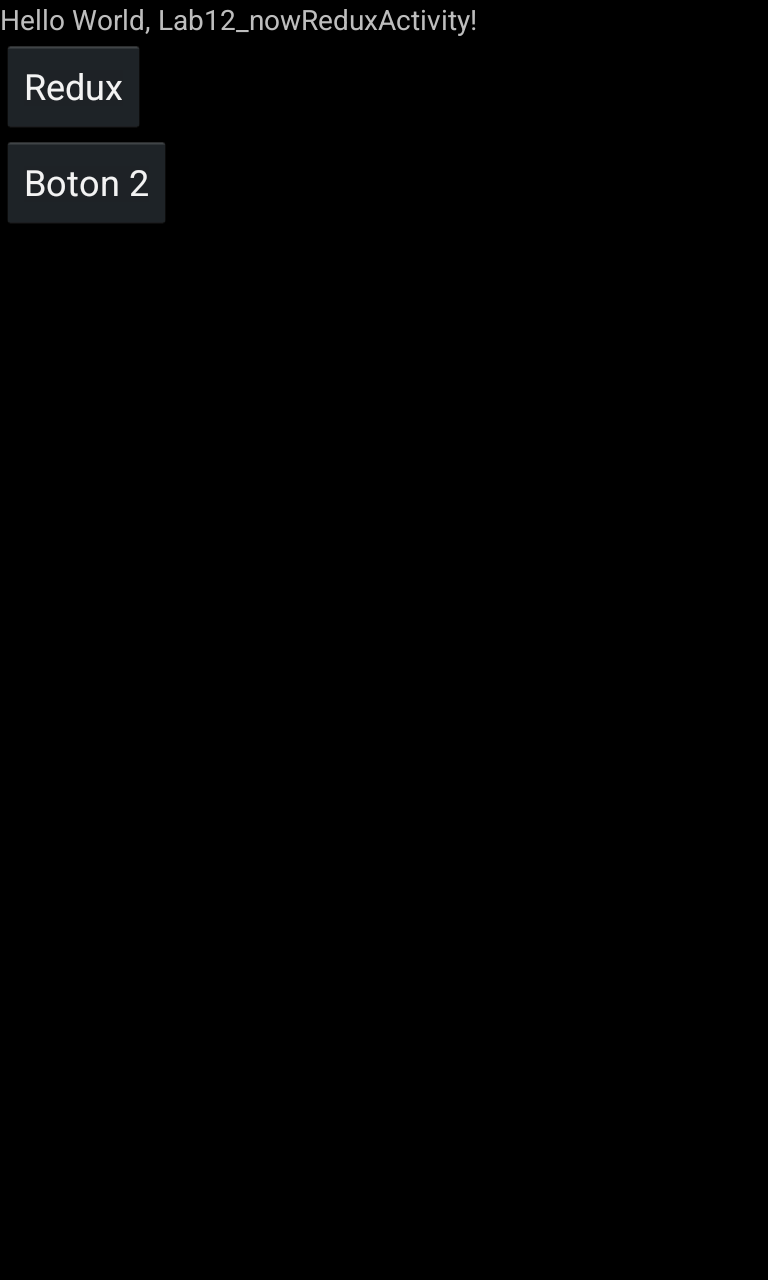
Repository: dorisserruto/un_exercises
Layout: javaandroid/Recursos/workspace-profe/lab12_nowRedux/res/layout/main.xml
These files come from the project's save history. The layout is drawn as it stood at one moment and after the next save; the edit follows.
It is drawn on a 768 x 1280 px phone screen (xhdpi) without system bars, with theme android:Theme.Holo; the app's code is not run.

Above is the layout before, as saved 2012-06-24 15:07:40.

### javaandroid/Recursos/workspace-profe/lab12_nowRedux/res/layout/main.xml
<?xml version="1.0" encoding="utf-8"?>
<LinearLayout xmlns:android="http://schemas.android.com/apk/res/android"
    android:layout_width="fill_parent"
    android:layout_height="fill_parent"
    android:orientation="vertical">"

    <TextView
        android:layout_width="wrap_content"
        android:layout_height="wrap_content"
        android:text="@string/hello" />

    <Button
        android:id="@+id/button1"
        android:layout_width="wrap_content"
        android:layout_height="wrap_content"
        android:text="Redux"
        android:onClick="someMethod"
        />

    <Button
        android:id="@+id/boton2"
        android:layout_width="wrap_content"
        android:layout_height="wrap_content"
        android:text="Boton 2" />

</LinearLayout>

### javaandroid/Recursos/workspace-profe/lab12_nowRedux/res/values/strings.xml
<?xml version="1.0" encoding="utf-8"?>
<resources>

    <string name="hello">Hello World, Lab12_nowReduxActivity!</string>
    <string name="app_name">Lab12_nowRedux</string>

</resources>

After the next save:
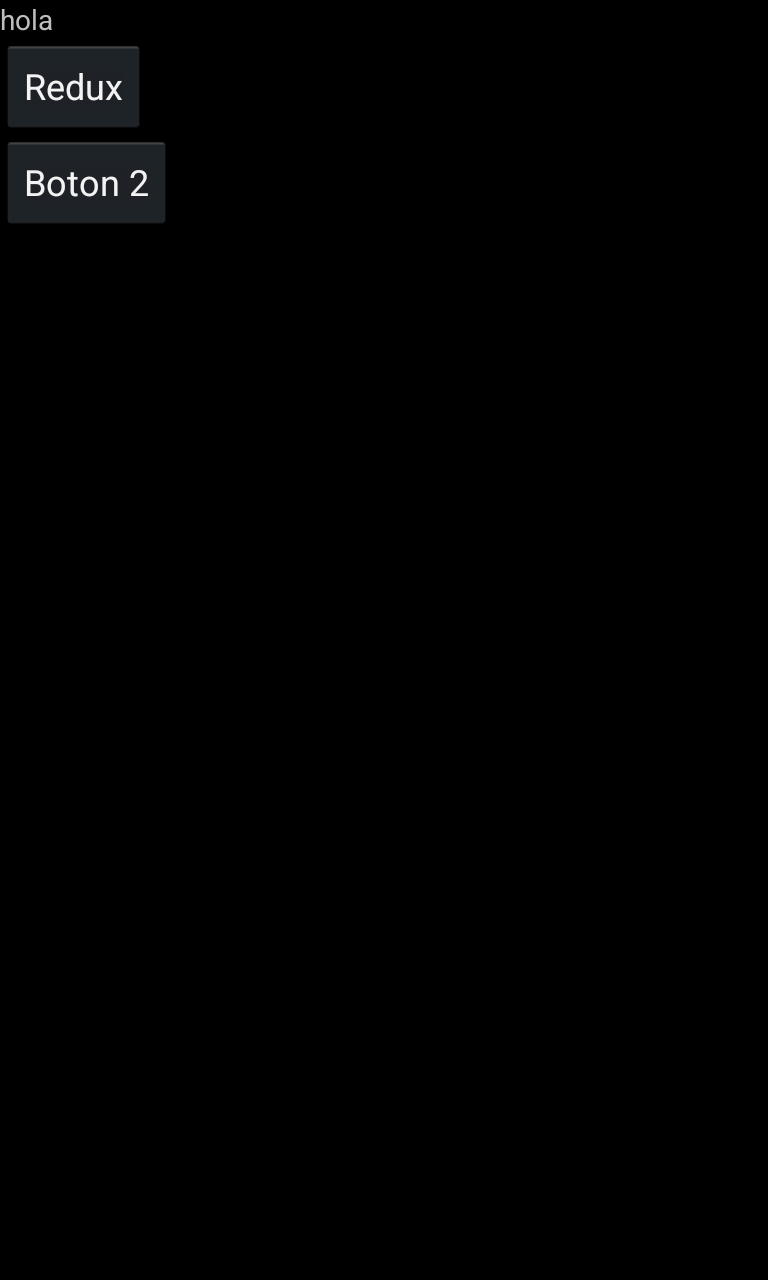
Saved 6 s later.
--- a/javaandroid/Recursos/workspace-profe/lab12_nowRedux/res/layout/main.xml
+++ b/javaandroid/Recursos/workspace-profe/lab12_nowRedux/res/layout/main.xml
@@ -7,7 +7,7 @@
     <TextView
         android:layout_width="wrap_content"
         android:layout_height="wrap_content"
-        android:text="@string/hello" />
+        android:text="hola" />
 
     <Button
         android:id="@+id/button1"
